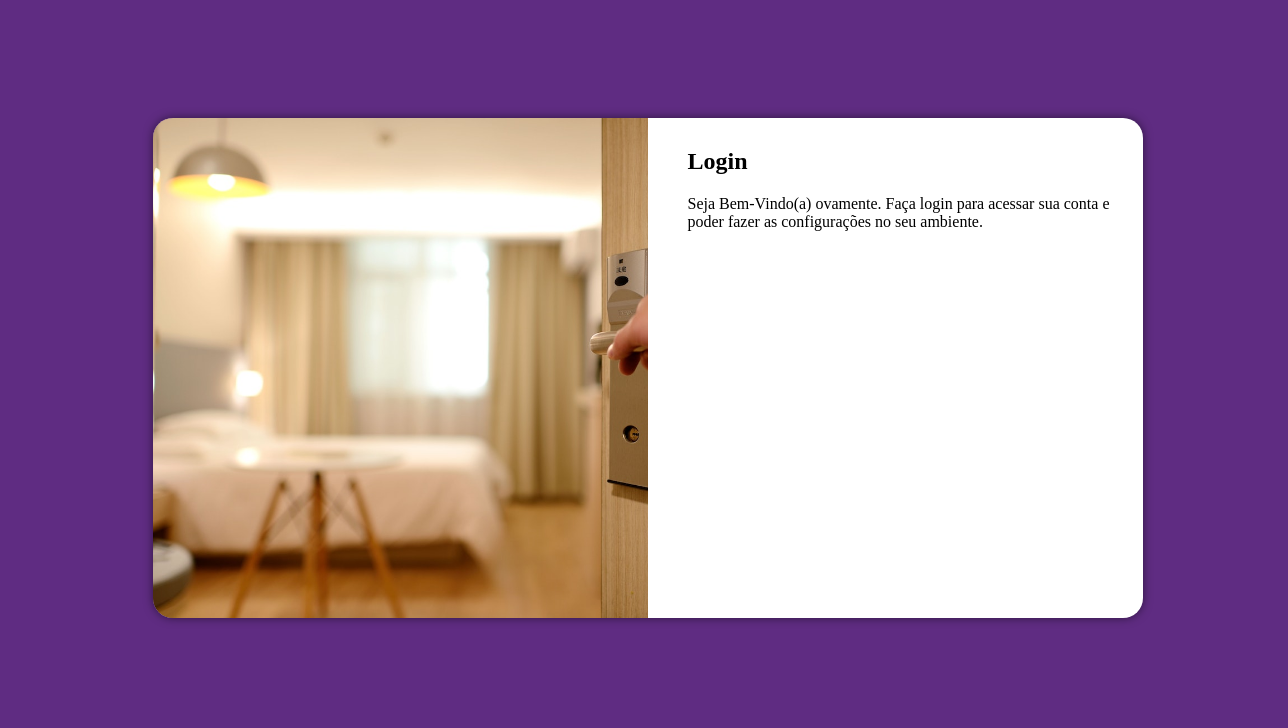
Repository: Guillermomarcon/Projeto-Login
Page: index.html
These files come from the project's save history. The page is drawn as it stood at one moment and after the next save; the edit follows.
The browser window is 1280 px wide. The page is 1288 px wide, so the pictures cover 1288 px, including what lies to the right of the window. The pictures show the whole page.

Above is the page before, as saved 2022-09-22 18:46:39.

### index.html
<!DOCTYPE html>
<html lang="pt-br">
<head>
    <meta charset="UTF-8">
    <meta http-equiv="X-UA-Compatible" content="IE=edge">
    <meta name="viewport" content="width=device-width, initial-scale=1.0">
    <title>Login</title>
    <link rel="stylesheet" href="estilos/style.css">
    <link rel="stylesheet" href="estilos/media-query.css">
</head>
<body>
    <main>
        <section id="login">
            <div id="imagem">
            <!--Aqui vai a imagem css-->
            </div>

            <div id="formulario">
                <h1>Login</h1>

                <p>
                    Seja Bem-Vindo(a) ovamente. Faça login para acessar sua conta e poder fazer as configurações no seu ambiente.
                </p>
                <form action="login.php" method="post">


                </form>
            </div>
        </section>
    </main>

</body>
</html>

### estilos/style.css
@charset "utf-8"


/*
Paleta de cores
verde #49a09d
lilas #5f2c82
*/

*{
    font-family:system-ui, -apple-system, BlinkMacSystemFont, 'Segoe UI', Roboto, Oxygen, Ubuntu, Cantarell, 'Open Sans', 'Helvetica Neue', sans-serif;
    padding: 0px;
    margin: 0px;
    box-sizing: border-box;
}

body, html {
    background-color:#5f2c82 ;
    height: 100vh;
    width: 100vw;
}
main {
    position: relative;

    height: 100vh;
    width: 100vw;
}

section#login {
    position: absolute;
    top: 50%;
    left: 50%;
    transform: translate(-50%,-50%);
    background-color:white ;
    width: 250px;
    height: 500px;
    border-radius: 20px;
    overflow: auto;
    box-shadow: 0px 0px 10px rgba(0, 0, 0, 0.527);

}

section#login > div#imagem {
    display: block;
    background: #5f2c82 url(../imagens/pexels-pixabay-271639.jpg) no-repeat;
    background-size: cover;
    background-position: left bottom ;
    height: 200px;

}

section#login > div#formulario {
    display: block;
    padding: 10px;

}

### estilos/media-query.css
@charset "UTF-8";

/*
Typical Device Breakpoints
pequenas telas - até 600px
celular- de 600px até 768px
Tablet - 768px até 992px
Desktop - 992px até 1200px
Grandes - acoma de 1200px
*/

@media screen and (min-width: 768px) and (max-width: 992px) {
    section#login {
        width: 80vw;
    }

    section#login > div#imagem {
        float: left;
        width: 30%;
        height: 100%;
    }

    section#login > div#formulario {
        float: right;
        width: 60%;
    }

}

@media  screen and (min-width: 992px)  {
    section#login {
        width: 990px;
    }

    section#login > div#imagem {
        float: left;
        width: 50%;
        height: 100%;
    }

    section#login > div#formulario {
        float: right;
        width: 45%;
    }



}

After the next save:
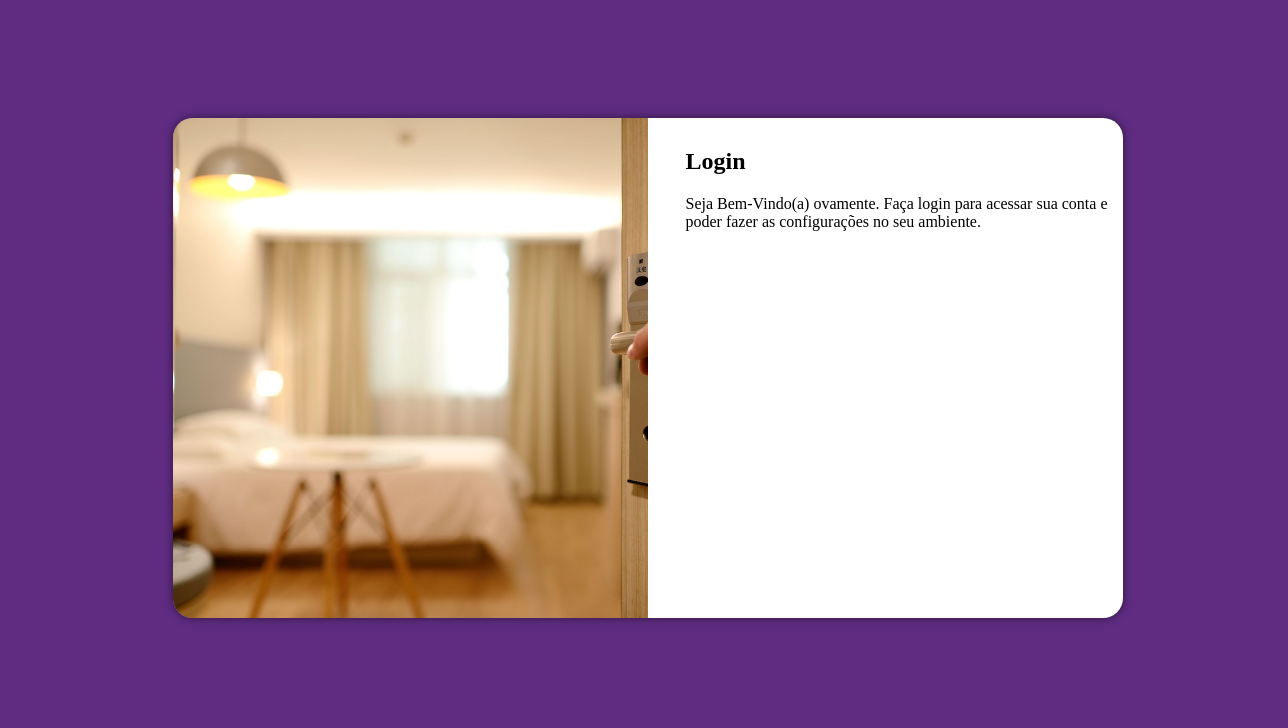
Saved 33 s later.
--- a/estilos/media-query.css
+++ b/estilos/media-query.css
@@ -29,7 +29,7 @@ Grandes - acoma de 1200px
 
 @media  screen and (min-width: 992px)  {
     section#login {
-        width: 990px;
+        width: 950px;
     }
 
     section#login > div#imagem {
